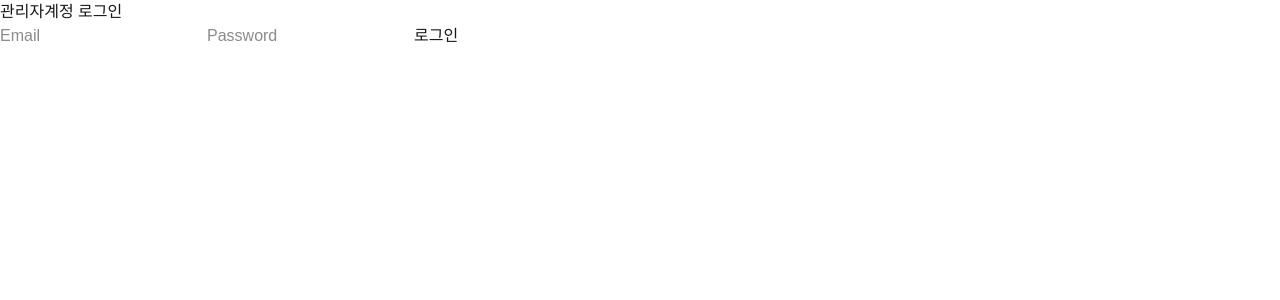
Repository: LEEYONGJUN3068/cms
Page: /login
The author's editor kept a copy of each file at every save. The page is drawn from the files as they stood at one save, then again after the next save.
The browser window is 1280 px wide. The pictures show the whole page.
The page's requests for data from a server got no answer. The project was rebuilt for these pictures with package versions that can differ from the ones it lists, and the page was loaded fresh each time. The framework's server and built-in components were replaced by stand-ins that run in the browser. No one was signed in, and anything a server would have sent is missing. Also part of the build but not shown: next.config.mjs.

Above is the page before, as saved 2025-09-23 11:47:40.

After the next save:
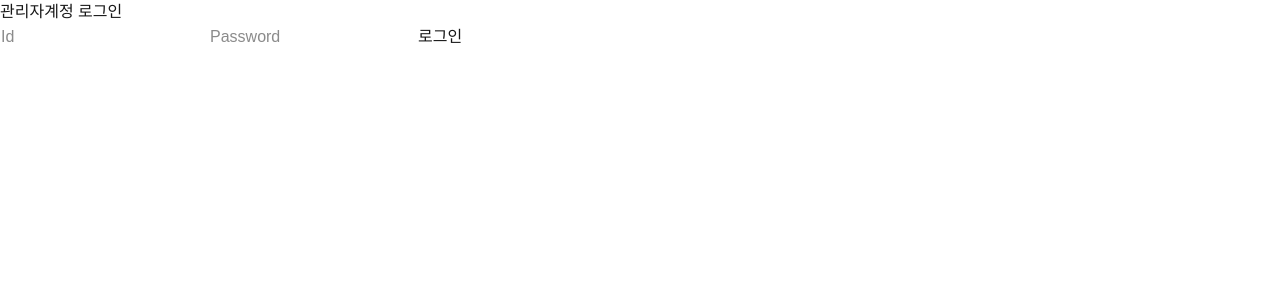
Saved 2 min 34 s later.
--- a/src/app/login/page.jsx
+++ b/src/app/login/page.jsx
@@ -21,10 +21,14 @@ export default function Login() {
       <form onSubmit={handleLogin}>
         <input
           type="email"
-          placeholder="Email"
+          placeholder="Id"
           value={email}
           onChange={(e)=>setEmail(e.target.value)}
           required
+          style={{
+            border: '1px solid #fff',
+            background: 'transparent'
+          }}
         />
         <input
           type="password"
@@ -32,6 +36,10 @@ export default function Login() {
           value={password}
           onChange={(e)=>setPassword(e.target.value)}
           required
+          style={{
+            border: '1px solid #fff',
+            background: 'transparent'
+          }}
         />
         <button type="submit">로그인</button>
       </form>
